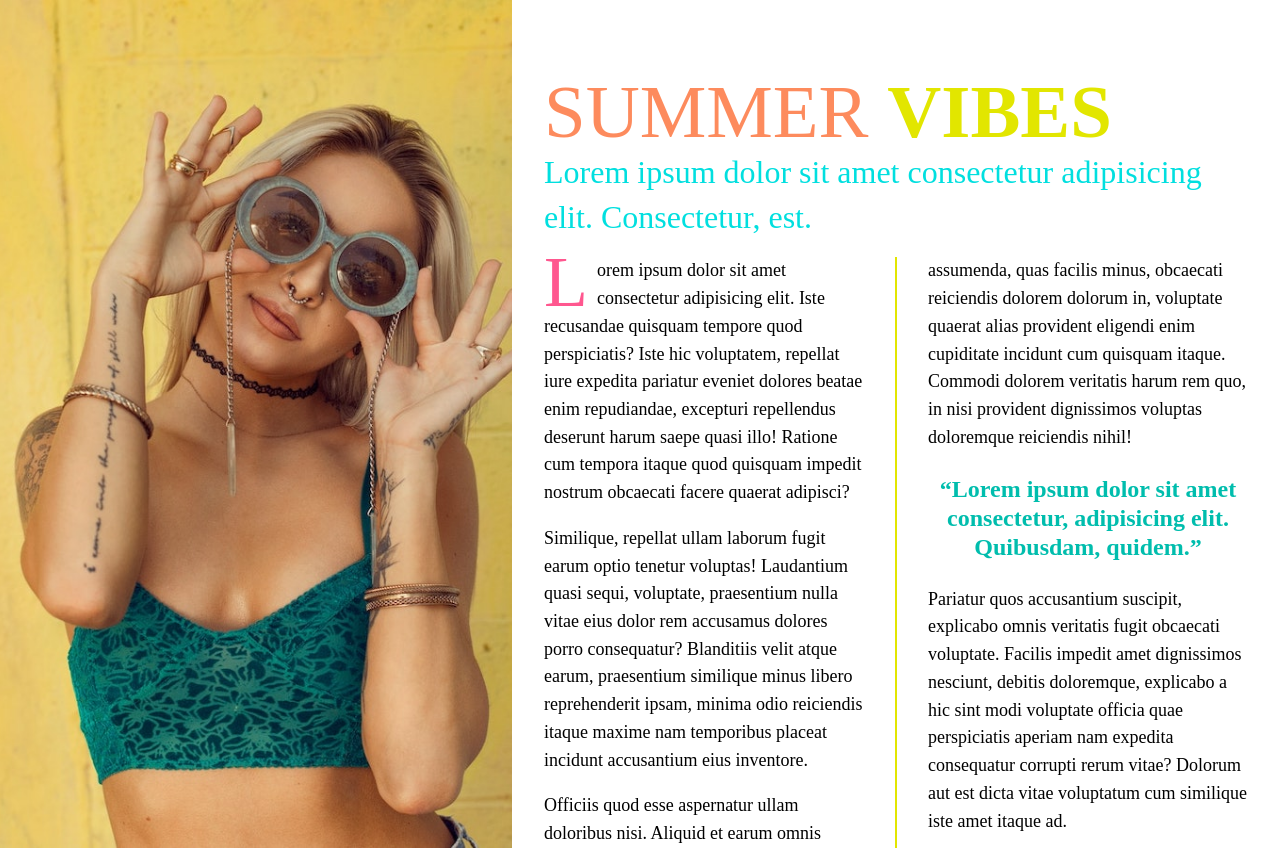
Repository: Philip-Rogers/magazine-spread
Page: index.html
An editor plug-in stored every save of this project. The page is shown before and after the next save, followed by the edit.
The browser window is 1280 px wide. The pictures show the whole page.

Above is the page before, as saved 2023-01-24 07:23:03.

After the next save:
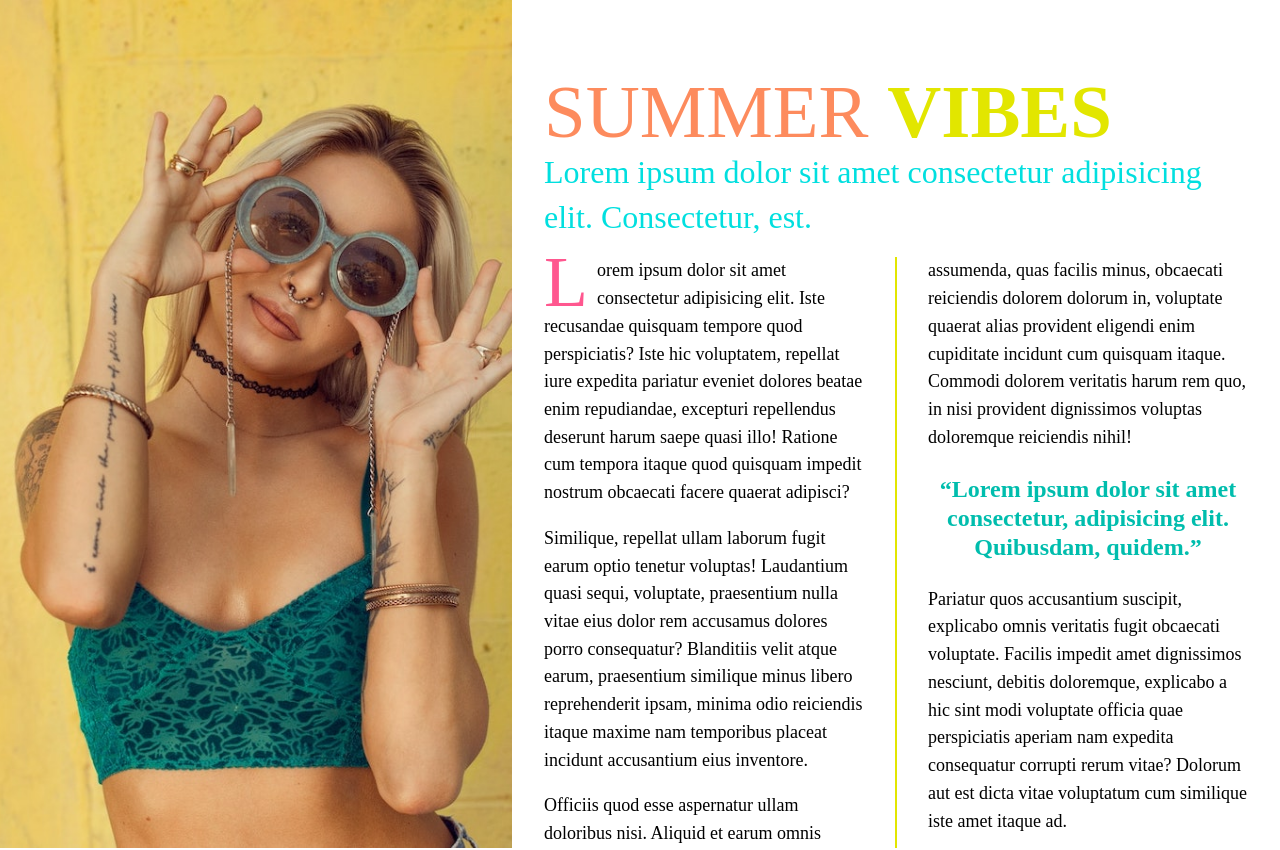
Saved 29 s later.
--- a/style.css
+++ b/style.css
@@ -47,7 +47,7 @@
     font-family: var(--ff-body);
     font-size: var(--fs-400);
     line-height: 1.54;
-    height: 820px;
+    height: 850px;
     min-height: 100vh;
 }
 

After the save that followed:
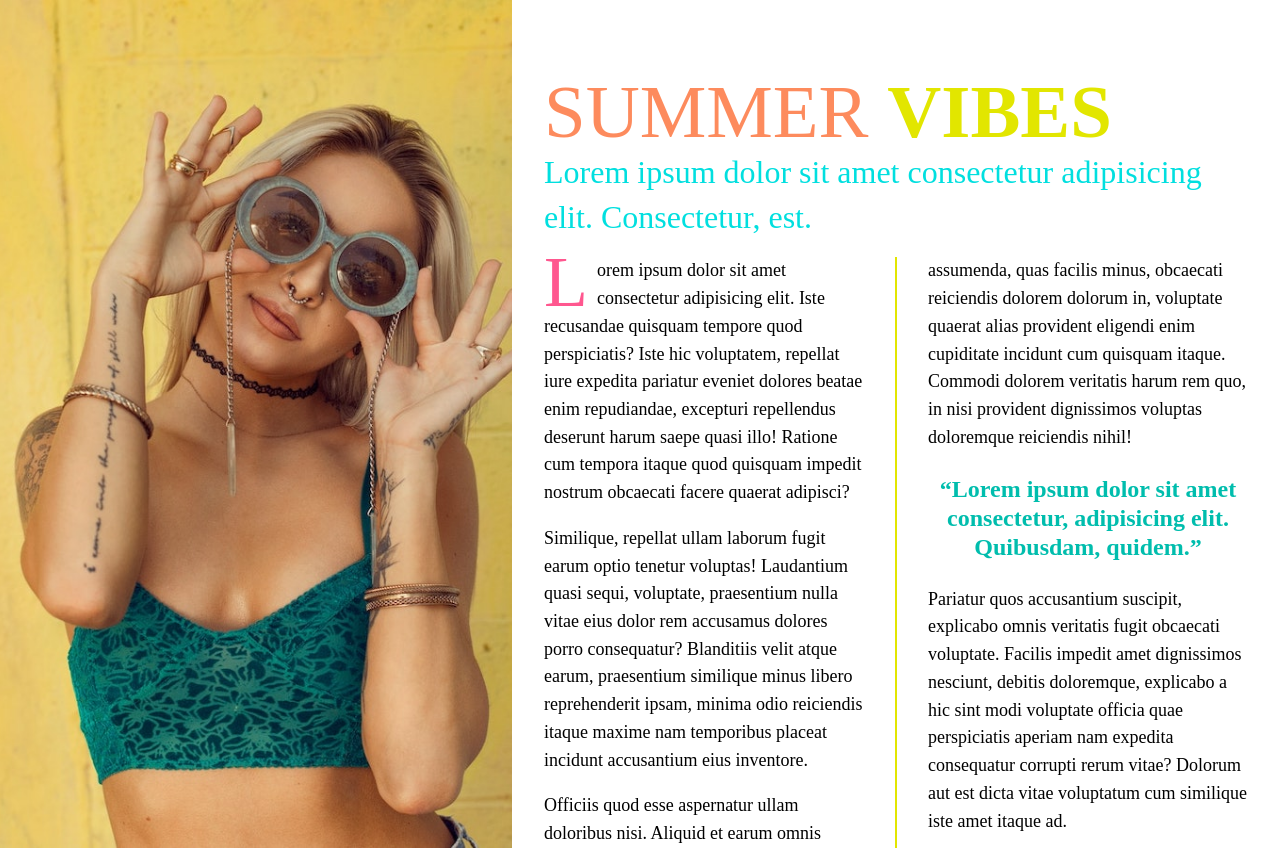
Saved 19 s later.
--- a/style.css
+++ b/style.css
@@ -47,8 +47,6 @@
     font-family: var(--ff-body);
     font-size: var(--fs-400);
     line-height: 1.54;
-    height: 850px;
-    min-height: 100vh;
 }
 
 h1,
